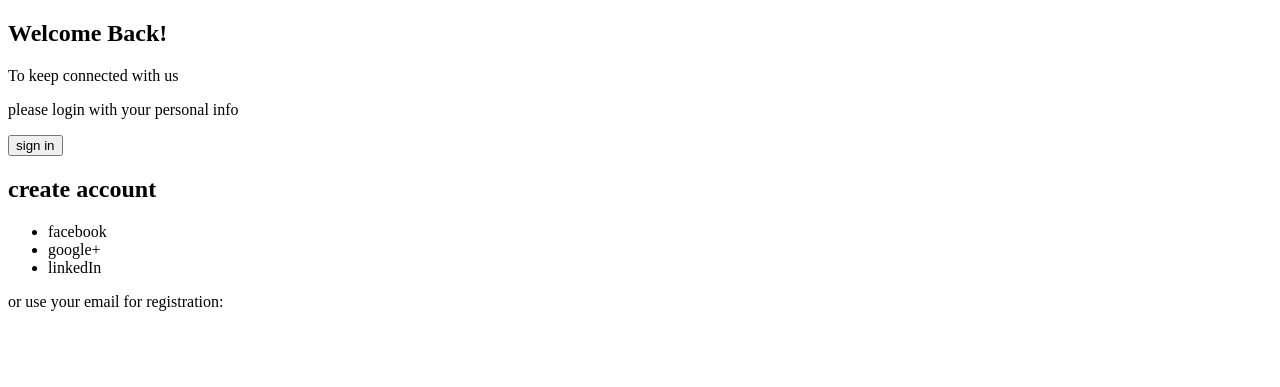
Repository: Gcodeco/ii9Telecom
Page: dist/public/login.html
These files come from the project's save history. The page is drawn as it stood at one moment and after the next save; the edit follows.
The browser window is 1280 px wide. The pictures show the whole page.

Above is the page before, as saved 2024-10-29 18:46:55.

### dist/public/login.html
<!DOCTYPE html>
<html lang="en">
<head>
    <meta charset="UTF-8">
    <meta name="viewport" content="width=device-width, initial-scale=1.0">
    <title>Document</title>
</head>
<body>
    <div class="container-login">
        <div class="content first content">
            <div class="first column">
                <h2 class="title">Welcome Back!</h2>
                <p class="description">To keep connected with us</p>
                <p class="description">please login with your personal info</p>
                <button class="btn">sign in</button>
            </div>
            <div class="second column"></div>
            <h2 class="title">create account</h2>
            <div class="social-media">
                <ul>
                    <li class="li"><a href="#"></a>facebook</li>
                    <li class="li"><a href="#"></a>google+</li>
                    <li class="li"><a href="#"></a>linkedIn</li>
                </ul>
            </div>
            <p class="description">or use your email for registration: </p>
        </div>
        <div class="content second content"></div>
    </div>
</body>
</html>

After the next save:
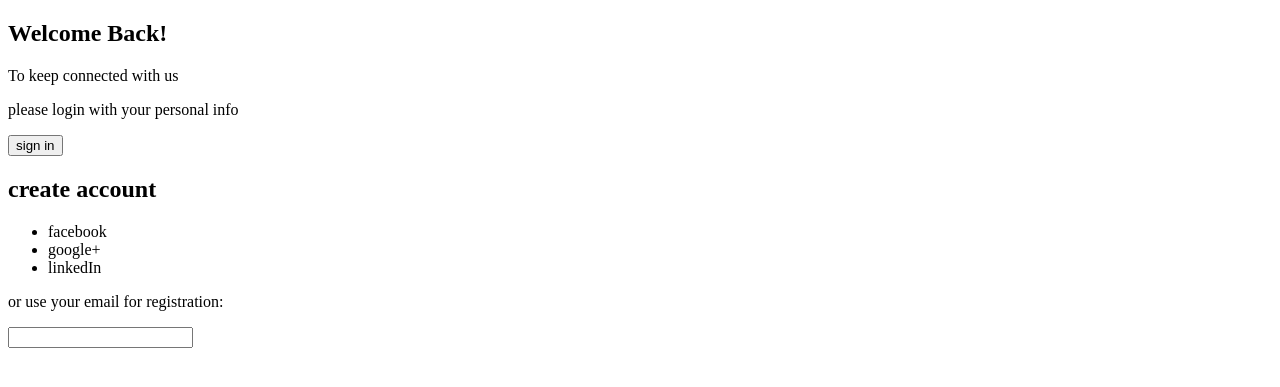
Saved 2 min 9 s later.
--- a/dist/public/login.html
+++ b/dist/public/login.html
@@ -24,6 +24,9 @@
                 </ul>
             </div>
             <p class="description">or use your email for registration: </p>
+            <form class="form">
+                <input type="text">
+            </form>
         </div>
         <div class="content second content"></div>
     </div>
